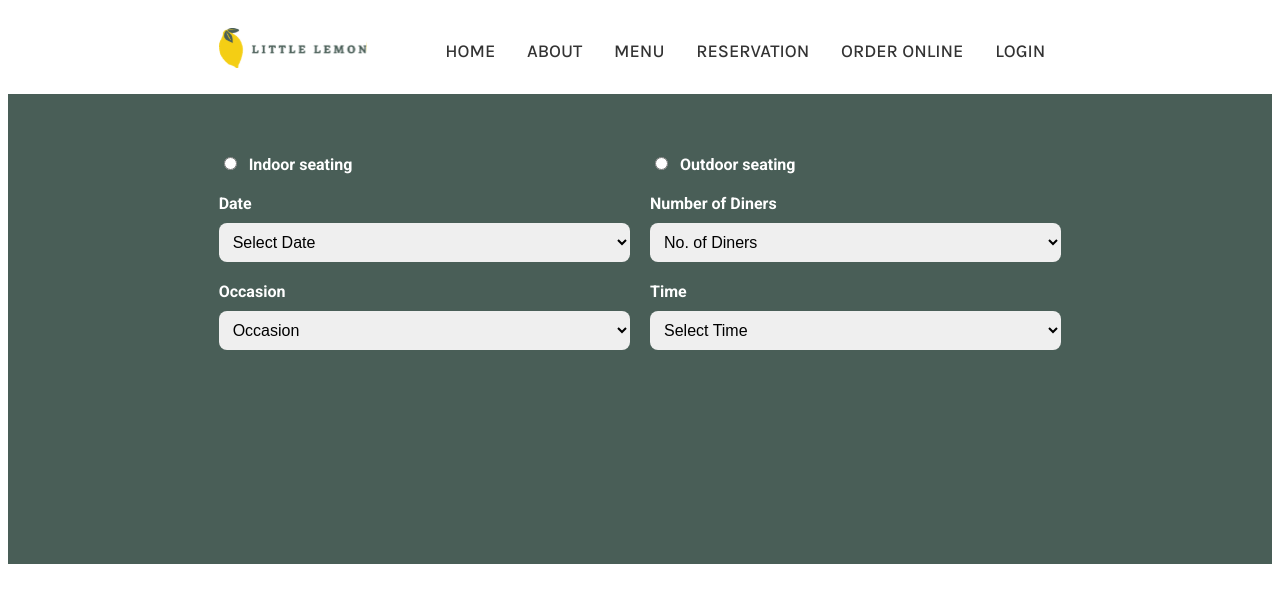
Repository: Yeshwanth-189/little-lemon
Page: /reservation (app in little-lemon/)
The author's editor kept a copy of each file at every save. The page is drawn from the files as they stood at one save, then again after the next save.
The browser window is 1280 px wide. The pictures show the whole page.
The project was rebuilt for these pictures with package versions that can differ from the ones it lists, and the page was loaded fresh each time. Also part of the build but not shown: little-lemon/src/index.css, little-lemon/src/components/Hero/Hero.css, little-lemon/src/components/Hero/Hero.jsx, little-lemon/src/components/Specials/Specials.css, little-lemon/src/components/Specials/Specials.jsx, little-lemon/src/components/Testimonials/Testimonials.css, little-lemon/src/components/Testimonials/Testimonials.jsx, little-lemon/src/components/About/About.css and 3 more.

Above is the page before, as saved 2025-04-26 22:29:39.

### little-lemon/public/index.html
<!DOCTYPE html>
<html lang="en">
  <head>
    <meta charset="utf-8" />
    <link rel="icon" href="%PUBLIC_URL%/Logo.png" />
    <meta name="viewport" content="width=device-width, initial-scale=1" />
    <meta name="theme-color" content="#000000" />
    <meta
      name="description"
      content="Little Lemon is a family-run Mediterranean restaurant in Chicago, IL."
    />
    <meta name="og:image" content="%PUBLIC_URL%/Logo.png" />
    <meta name="og:title" content="Little-Lemon Restaurant" />
    <link rel="apple-touch-icon" href="%PUBLIC_URL%/Logo.png" />
    <!--
      manifest.json provides metadata used when your web app is installed on a
      user's mobile device or desktop. See https://developers.google.com/web/fundamentals/web-app-manifest/
    -->
    <link rel="manifest" href="%PUBLIC_URL%/manifest.json" />
    <!--
      Notice the use of %PUBLIC_URL% in the tags above.
      It will be replaced with the URL of the `public` folder during the build.
      Only files inside the `public` folder can be referenced from the HTML.

      Unlike "/favicon.ico" or "favicon.ico", "%PUBLIC_URL%/favicon.ico" will
      work correctly both with client-side routing and a non-root public URL.
      Learn how to configure a non-root public URL by running `npm run build`.
    -->
    <title>Little Lemon</title>
    <link rel="stylesheet" href="%PUBLIC_URL%/index.css" />
    <link rel="preconnect" href="https://fonts.googleapis.com" />
    <link rel="preconnect" href="https://fonts.gstatic.com" crossorigin />
    <link
      href="https://fonts.googleapis.com/css2?family=Karla:ital,wght@0,200..800;1,200..800&display=swap"
      rel="stylesheet"
    />
    <link rel="preconnect" href="https://fonts.googleapis.com" />
    <link rel="preconnect" href="https://fonts.gstatic.com" crossorigin />
    <link
      href="https://fonts.googleapis.com/css2?family=Karla:ital,wght@0,200..800;1,200..800&family=Roboto:ital,wght@0,100..900;1,100..900&display=swap"
      rel="stylesheet"
    />
  </head>
  <body>
    <noscript>You need to enable JavaScript to run this app.</noscript>
    <div id="root"></div>
    <!--
      This HTML file is a template.
      If you open it directly in the browser, you will see an empty page.

      You can add webfonts, meta tags, or analytics to this file.
      The build step will place the bundled scripts into the <body> tag.

      To begin the development, run `npm start` or `yarn start`.
      To create a production bundle, use `npm run build` or `yarn build`.
    -->
  </body>
</html>

### little-lemon/src/App.js
import React from "react";
import { BrowserRouter as Router, Routes, Route } from "react-router-dom";
import Nav from "./components/Navigation/NavBar";
import Hero from "./components/Hero/Hero";
import Specials from "./components/Specials/Specials";
import Testimonials from "./components/Testimonials/Testimonials";
import About from "./components/About/About";
import Footer from "./components/Footer/Footer";
import Reservation from "./components/Reservation/Reservation";

function Home() {
  return (
    <div>
      <Hero />
      <Specials />
      <Testimonials />
      <About />
      <Footer />
    </div>
  );
}

function Menu() {
  return <h1>Menu Page</h1>;
}

function App() {
  return (
    <Router>
      <Nav />
      <Routes>
        <Route path="/" element={<Home />} />
        <Route path="/menu" element={<Menu />} />
        <Route path="/about" element={<About />} />
        <Route path="/reservation" element={<Reservation />} />
      </Routes>
    </Router>
  );
}

export default App;

### little-lemon/src/components/Navigation/NavBar.jsx
import React from "react";
import { Link as RouterLink } from "react-router-dom";
import { Link as ScrollLink } from "react-scroll";
import Logo from "../../assets/Logo.svg";
import "./NavBar.css";

function Nav() {
  return (
    <nav className="nav-grid">
      {/* Empty 1-2 columns */}
      <div className="nav-empty"></div>

      {/* Logo 3-4 */}
      <div className="nav-logo">
        <img src={Logo} alt="Little Lemon Logo" />
      </div>

      {/* Nav links 5-10 */}
      <div className="nav-links">
        <RouterLink to="/">HOME</RouterLink>
        <ScrollLink
          to="about"
          smooth={true}
          duration={1000}
          offset={-70} // Adjust if your NavBar is sticky
        >
          ABOUT
        </ScrollLink>
        <RouterLink to="/menu">MENU</RouterLink>
        <RouterLink to="/reservation">RESERVATION</RouterLink>
        <RouterLink to="/order-online">ORDER ONLINE</RouterLink>
        <RouterLink to="/login">LOGIN</RouterLink>
      </div>

      {/* Empty 11-12 columns */}
      <div className="nav-empty"></div>
    </nav>
  );
}

export default Nav;

### little-lemon/src/components/Reservation/Reservation.jsx
import React from "react";
import "./Reservation.css";

function Reservation() {
  return (
    <section className="reservation-grid">
      {/* Empty left margin */}
      <div className="reservation-empty"></div>

      {/* Main Reservation Form */}
      <div className="reservation-main">
        {/* Row 1: Seating Options */}
        <div className="reservation-row">
          <div className="reservation-col">
            <label>
              <input type="radio" name="seating" value="indoor" /> Indoor
              seating
            </label>
          </div>
          <div className="reservation-col">
            <label>
              <input type="radio" name="seating" value="outdoor" /> Outdoor
              seating
            </label>
          </div>
        </div>

        {/* Row 2: Date and Diners */}
        <div className="reservation-row">
          <div className="reservation-col">
            <label>Date</label>
            <select>
              <option>Select Date</option>
              <option>April 27, 2025</option>
              <option>April 28, 2025</option>
            </select>
          </div>
          <div className="reservation-col">
            <label>Number of Diners</label>
            <select>
              <option>No. of Diners</option>
              <option>1</option>
              <option>2</option>
              <option>3</option>
              <option>4</option>
            </select>
          </div>
        </div>

        {/* Row 3: Occasion and Time */}
        <div className="reservation-row">
          <div className="reservation-col">
            <label>Occasion</label>
            <select>
              <option>Occasion</option>
              <option>Birthday</option>
              <option>Anniversary</option>
              <option>Other</option>
            </select>
          </div>
          <div className="reservation-col">
            <label>Time</label>
            <select>
              <option>Select Time</option>
              <option>5:00 PM</option>
              <option>6:00 PM</option>
              <option>7:00 PM</option>
            </select>
          </div>
        </div>
      </div>

      {/* Empty right margin */}
      <div className="reservation-empty"></div>
    </section>
  );
}

export default Reservation;

### little-lemon/src/components/Navigation/NavBar.css
.nav-grid {
  display: grid;
  grid-template-columns: repeat(12, 1fr);
  align-items: center;
  background-color: white;
  padding: 20px 0;
  position: sticky;
  top: 0;
  z-index: 10;
  font-family: "karla", sans-serif;
  font-size: 20px;
  font-weight: 700;
}

/* Empty columns for margins */
.nav-empty {
  grid-column: span 2;
}

/* Logo */
.nav-logo {
  grid-column: span 2;
  font-size: 24px;
  font-weight: bold;
  color: #495e57;
}

.nav-logo a {
  text-decoration: none;
  color: inherit;
}

/* Links */
.nav-links {
  grid-column: span 6;
  display: flex;
  justify-content: space-around;
  align-items: center;
}

.nav-links a {
  text-decoration: none;
  color: #333;
  font-size: 18px;
  font-weight: 500;
}

.nav-links a:hover {
  color: #f4ce14;
}

/* MOBILE RESPONSIVE */
@media (max-width: 768px) {
  .nav-grid {
    grid-template-columns: repeat(4, 1fr);
    padding: 10px 0;
  }

  .nav-empty {
    display: none; /* No margin on mobile */
  }

  .nav-logo {
    grid-column: span 2;
    font-size: 20px;
    text-align: left;
    padding-left: 10px;
  }

  .nav-links {
    grid-column: span 2;
    display: flex;
    flex-direction: column; /* Stack links vertically */
    gap: 10px;
    align-items: flex-end;
    padding-right: 10px;
  }

  .nav-links a {
    font-size: 16px;
  }
}

### little-lemon/src/components/Reservation/Reservation.css
.reservation-grid {
  display: grid;
  grid-template-columns: repeat(12, 1fr);
  width: 100%;
  max-width: 1440px;
  margin: 0 auto;
  min-height: 350px;
  padding: 60px 0;
  background-color: #495e57; /* Background like your Figma */
  color: white;
}

/* Empty margins */
.reservation-empty {
  display: none;
}

/* Main Section (3-10 columns) */
.reservation-main {
  grid-column: 3 / span 8;
  display: flex;
  flex-direction: column;
  gap: 20px;
}

/* Each Row */
.reservation-row {
  display: flex;
  justify-content: space-between;
  gap: 20px;
}

/* Each Column inside Row */
.reservation-col {
  flex: 1;
  display: flex;
  flex-direction: column;
  gap: 10px;
  font-family: "roboto", sans-serif;
  font-size: 20px;
}

/* Inputs and Selects */
.reservation-col input[type="radio"] {
  margin-right: 8px;
}

.reservation-col select {
  padding: 10px;
  border-radius: 8px;
  border: none;
  font-size: 16px;
}

/* Labels */
.reservation-col label {
  font-size: 16px;
  font-weight: bold;
}

/* MOBILE RESPONSIVE */
@media (max-width: 768px) {
  .reservation-grid {
    grid-template-columns: repeat(4, 1fr);
    padding: 30px 0;
  }

  .reservation-main {
    grid-column: 1 / span 4;
  }

  .reservation-row {
    flex-direction: column;
  }
}

Loaded but not shown: little-lemon/src/index.js (common file); little-lemon/src/reportWebVitals.js (common file); little-lemon/public/index.css (common file)

After the next save:
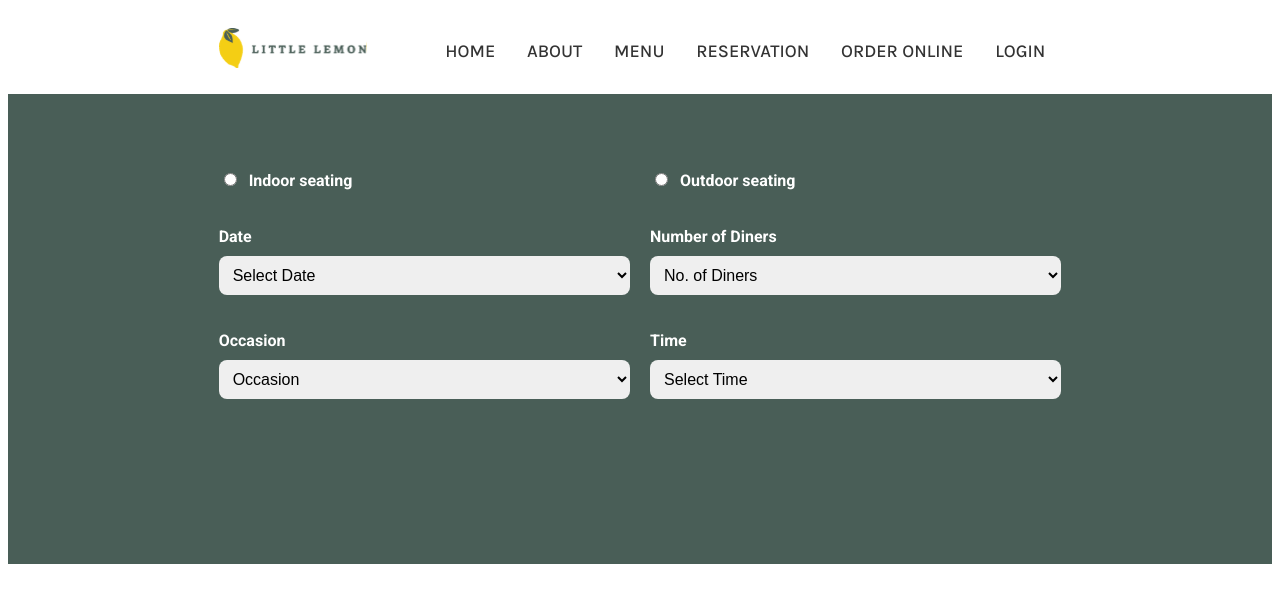
Saved 13 s later.
--- a/little-lemon/src/components/Reservation/Reservation.css
+++ b/little-lemon/src/components/Reservation/Reservation.css
@@ -56,6 +56,7 @@
 .reservation-col label {
   font-size: 16px;
   font-weight: bold;
+  margin-top: 4%;
 }
 
 /* MOBILE RESPONSIVE */
